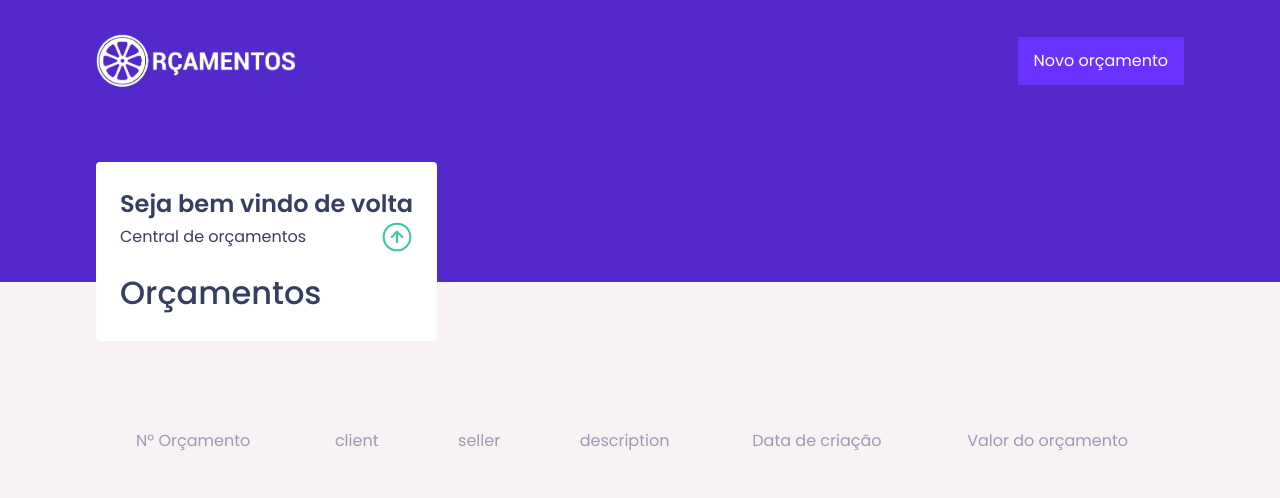
Repository: soualexandre/frentend-botOrcamentos
Page: /
The author's editor kept a copy of each file at every save. The page is drawn from the files as they stood at one save, then again after the next save.
The browser window is 1280 px wide. The pictures show the whole page.
The page's requests for data from a server got no answer. The project was rebuilt for these pictures with package versions that can differ from the ones it lists, and the page was loaded fresh each time. No one was signed in, and anything a server would have sent is missing.

Above is the page before, as saved 2021-07-20 16:38:25.

### public/index.html
<!DOCTYPE html>
<html lang="en">
  <head>
    <link rel="preconnect" href="https://fonts.googleapis.com">
    <link rel="preconnect" href="https://fonts.gstatic.com" crossorigin>
    <meta charset="utf-8" />
    <meta name="viewport" content="width=device-width, initial-scale=1" />
    <link href="https://fonts.googleapis.com/css2?family=Poppins:wght@400;500;600&display=swap" rel="stylesheet">
    <link rel="stylesheet" href="favicon.png" type="image/png">
    <title>DtMoney</title>
  </head>
  <body>
    <noscript>You need to enable JavaScript to run this app.</noscript>
    <div id="root"></div>
  </body>
</html>

### src/App.tsx
import { Dashboard } from './components/Dashboard';
import { Header } from './components/Header';
import { GlobalStyle } from './styles/global';
import { ToastContainer } from 'react-toastify';
import 'react-toastify/dist/ReactToastify.css';
import Modal from 'react-modal'
import { useState } from 'react';
import {NewTransactionModal} from './components/NewTransactionModal'
import { TransacticionsProvider } from './hooks/useTransactions';
Modal.setAppElement('#root');

export function App() {

  const [isNewTransactionModalOpen, setIsNewTransactionModalOpen] = useState(false);

  function hadleOpenNewTransactionModal() {
    setIsNewTransactionModalOpen(true)
  }
  function hadleCloseNewTransactionModal() {
    setIsNewTransactionModalOpen(false)
  }

  return (
    <TransacticionsProvider>
      <ToastContainer />
      <Header onOpenNewTransactionModal={hadleOpenNewTransactionModal}/>
      <Dashboard />
      <NewTransactionModal
      isOpen={isNewTransactionModalOpen}
      onRequestClose={hadleCloseNewTransactionModal}/>
      <GlobalStyle />
    </TransacticionsProvider>
  );
}

### src/components/Dashboard/index.tsx
import { Sumary } from "../Sumary";
import { TransactionsTable } from "../transactionsTable";
import { Container } from "./styles";


export function Dashboard(){
    return(
       <Container>
          <Sumary/>
          <TransactionsTable />
       </Container>
    );
}

### src/components/Header/index.tsx
import LogoImg from '../../assets/logo.png'
import { Container, Content } from './styles'

interface HeaderProps{
    onOpenNewTransactionModal: () => void;
}


export function Header({onOpenNewTransactionModal} :HeaderProps ) {
    return (
        <Container>
            <Content>
                <img src={LogoImg} alt="dtMoney" />
                <button type="button" onClick={onOpenNewTransactionModal}>
                    Novo orçamento
                </button>
            </Content>
        </Container>
    );
}

### src/styles/global.ts
import { createGlobalStyle } from 'styled-components'


export const GlobalStyle = createGlobalStyle`

    :root{
        --background: #f8f2f5;

        --red: #e52e40;
        --blue: #5429cc;
        --green: #33cc95;
        --blue-light: #6933ff;

        --text-title: #363f5f;
        --text-body: #969cb3;

        --shape: #ffffff;

    }

    *{
        margin: 0;
        padding: 0;
        box-sizing: border-box;
    }
    html{
        @media (max-width: 1080px){
            font-size: 93.5%;
        }

    }

    body{
        background: var(--background);
        -webkit-font-smoothing: antialiased;
    }

    body, input, textarea, button{
        font-family: 'Poppins', sans-serif;
        font-weight: 400;
    }

    h1, h2, h3, h4, h5, h6, strong{
        font-weight: 600;
    }

    button{
        cursor: pointer;
    }
    [disable]{
        opacity: 0.6;
        cursor: not-allowed;
    }



    .react-modal-overlay{
        background: rgba(0, 0, 0, 0.3);
        position: fixed;
        top: 0;
        bottom: 0;
        right: 0;
        left: 0;

        display: flex;
        justify-content: center;
        align-items: center;
    }
    .react-modal-content{
        width: 100%;
        max-width: 576px;
        background: var(--background);
        padding: 3rem;
        position: relative;
        border-radius: 0.25rem;
    }
    .react-modal-close{
        position: absolute;
        right: 1.5rem;
        top: 1.5rem;
        border: 0;
        background: transparent;
        transition: filter 0.2s;
        &:hover{
            filter: brightness(0.8);
        }
    }
`;

### src/components/NewTransactionModal/index.tsx
import Modal from 'react-modal'
import { FormEvent, useState } from 'react'
import { Container, TransactionsTypeContainer, RadioBox } from './styles'
import closeImg from '../../assets/close.svg'
import { useTransactions } from '../../hooks/useTransactions';

interface NewTransactionModalProps {
    isOpen: boolean;
    onRequestClose: () => void;
}



export function NewTransactionModal({ isOpen, onRequestClose }: NewTransactionModalProps) {
    const {createTransaction} = useTransactions();

    const [client, setClient] = useState('');
    const [seller, setSeller] = useState('');
    const [description, setDescription] = useState('');
    const [budget_amount, setValueBudget] = useState(0);

     async function handleCreateNewTransaction(event: FormEvent) {
        event.preventDefault();
        await createTransaction({
          client,
          seller,
          description,
          budget_amount,
      })
      setClient('');
      setSeller('');
      setDescription('');
      setValueBudget(0);
      onRequestClose();
    }
    return (
        <Modal
            isOpen={isOpen}
            onRequestClose={onRequestClose}
            overlayClassName="react-modal-overlay"
            className="react-modal-content"
        >
            <button
                type="button"
                onClick={onRequestClose}
                className="react-modal-close">
                <img src={closeImg} alt="fechar modal" />
            </button>

            <Container >
                <h2>Criar orçamento</h2>
                <input
                    placeholder="Cliente"
                    onChange={ (e) => setClient(e.target.value)}
                />

                <input
                    type="text"
                    placeholder="Vendedor"
                    onChange={ (e) => setSeller(e.target.value)}
                />
                <input
                    type="number"
                    placeholder="Valor da orçamento"
                    onChange={ (e) => setValueBudget(Number(e.target.value))}

                />
                <textarea
                placeholder="Descrição do orçamento"
                onChange={ (e) => setDescription(e.target.value)}
                />


                <button type="submit" onClick={handleCreateNewTransaction} >
                    Cadastrar
                </button>


            </Container>

        </Modal>
    );
}

### src/hooks/useTransactions.tsx
import {createContext, useEffect, useState, ReactNode, useContext} from 'react';
import { api } from "../services/api";
import { toast } from 'react-toastify';


interface Transaction {
    id: number;
    client: string;
    seller: string;
    description: string;
    created_at: string;
    budget_amount: number;
}
interface TransactionsContextData{
    transactions: Transaction[];
    createTransaction: (transaction:TransactionInput) => Promise<void>;
    deleteTransaction: (productId: number) => void;
}

type TransactionInput = Omit<Transaction, 'id' | 'created_at'>;

interface TrabsactionsProviderProps{
    children: ReactNode;
}
 const TransactionsContext = createContext<TransactionsContextData>(
    {} as TransactionsContextData
    );


export function TransacticionsProvider({children} : TrabsactionsProviderProps){
    const [transactions, setTransactions] = useState<Transaction[]>([]);


   async function createTransaction(transactionInput: TransactionInput){
      const response = await api.post('/budget/create', {
        ...transactionInput,
    })
    console.log(response.data)
    setTransactions([
        ...transactions,
        response.data
    ])

    }
    async function deleteTransaction(productId: number){
       const response =  await api.delete(`/budget/delete/${productId}`)
        setTransactions(response.data)
        toast.success('Orçamento removido com sucesso');
    }

    useEffect(() => {
        api.get('budget')
            .then(response => setTransactions(response.data))
    },[])

    return (
        <TransactionsContext.Provider value={{transactions, createTransaction, deleteTransaction}}>
            {children}
        </TransactionsContext.Provider>
    );
}

export function useTransactions(){
    const context = useContext(TransactionsContext);
    return context;
}

### src/components/Sumary/index.tsx
import { Container } from './styles'
import iconImg from '../../assets/income.svg'

export function Sumary() {


    return (
        <Container>
            <div>
                    <h2>
                        Seja bem vindo de volta
                    </h2>
                <header>
                    <p>Central de orçamentos</p>
                    <img src={iconImg} alt=" icon" />
                </header>
                <strong>
                    Orçamentos
                </strong>
            </div>
        </Container >
    );
}

### src/components/transactionsTable/index.tsx
import { useTransactions } from "../../hooks/useTransactions";
import { Container } from './styles'
import DeleteImg from '../../assets/delete.svg'

export function TransactionsTable() {
    const { transactions, deleteTransaction } = useTransactions();

    async function handleCreateNewTransaction(id: number) {
        deleteTransaction(id);
    }


    return (
        <Container>
            <table>
                <thead>
                    <tr>
                        <th>Nº Orçamento</th>
                        <th>client</th>
                        <th>seller</th>
                        <th>description</th>
                        <th>Data de criação</th>
                        <th>Valor do orçamento</th>
                    </tr>
                </thead>
                <tbody>
                    {transactions.map(transaction => (
                        <tr key={transaction.id}>
                            <td>{transaction.id}</td>
                            <td>{transaction.client}</td>
                            <td>
                                {transaction.seller}
                            </td>
                            <td >{transaction.description}</td>
                            <td>{
                                new Intl.DateTimeFormat('pt-BR').format(
                                    new Date(transaction.created_at)
                                )}
                            </td>
                            <td>
                                {new Intl.NumberFormat('pt-BR', {
                                    style: 'currency',
                                    currency: 'BRL',
                                }).format(transaction.budget_amount)}
                            </td>
                            <td>

                                <div className="optionsIncons">
                                    <img src={DeleteImg} alt="Deletar orçamento" onClick={() => handleCreateNewTransaction(transaction.id)}></img>
                                </div>
                            </td>
                        </tr>
                    ))}
                </tbody>
            </table>
        </Container>
    );
}

### src/components/Dashboard/styles.ts
import styled from 'styled-components'

export const Container = styled.header`
    max-width: 1120PX;
    margin:0 auto;
    padding: 2.5rem 1rem;



`;

### src/components/Header/styles.ts
import styled from 'styled-components'

export const Container = styled.header`
    background: var(--blue);

`;
export const Content = styled.header`
    background: var(--blue);
    max-width: 1120px;
    margin: 0 auto;
    padding: 2rem 1rem 12rem;

    display: flex;
    align-items: center;
    justify-content: space-between;
    button{
        font-size: 1rem;
        color: #fff;
        background: var(--blue-light);
        border: 0;
        padding:0.2rem;
        padding-left: 1rem;
        padding-right: 1rem;
        height: 3rem;

        transition: filter 0.2s;
        &:hover{
            filter: brightness(0.9);
        }

    }
    img{
        width: 200px;
    }
`;

### src/components/NewTransactionModal/styles.ts
import styled from 'styled-components'
import { darken, transparentize } from 'polished';

export const Container = styled.form`
        h2{
            color: var(--text-title);
            font-size: 1.5rem;
            margin-bottom: 2rem;
        }

        input{
            width: 100%;
            padding: 0 1.5rem;
            height: 4rem;
            border-radius: 0.25rem;
            border: 1px solid #d7d7d7;
            background: #e7e9ee;
            font-weight: 400;
            font-size: 1rem;

            &::placeholder{
                color: vat(--text-body);

            }
            & + input {
                margin-top: 1rem;
            }
        }
        textarea{
            width: 100%;
            padding: 1rem 1.5rem;
            height: 8rem;
            border-radius: 0.25rem;
            border: 1px solid #d7d7d7;
            background: #e7e9ee;
            font-weight: 400;
            font-size: 1rem;
            margin-top: 1rem;
        }
        button[type="submit"]{
            width: 100%;
            padding: 0 1.3rem;
            height: 4rem;
            background: var(--green);
            color: #fff;
            border-radius: 0.25rem;
            border: 0;
            font-size: 1rem;
            margin-top: 1.5rem;
            font-weight: 600;
            transition: filter 0.2s;
            &:hover{
                filter: brightness(0.9)
            }
        }


`;

export const TransactionsTypeContainer = styled.div`

        margin: 1rem 0;
        display: grid;
        grid-template-columns: 1fr 1fr;
        gap: 0.5rem;


`;

interface RadioBoxProps{
    isActive: boolean;
    activeColor: 'green' | 'red';
}
const colors ={
    green: '#33cc95',
    red: '#e52e40',
}

export const RadioBox = styled.button<RadioBoxProps>`
    height: 4rem;
            border: 1px solid #d2d2d2;
            border-radius: 0.25rem;

            background: ${(props) => props.isActive
            ? transparentize(0.9, colors[props.activeColor])
            : 'transparent'
            };


            display: flex;
            align-items: center;
            justify-content:center;
            transition: border-color 0.2s;

            &:hover{
                border-color: ${darken(0.2, '#000')};
            }

            img{
                height: 20px;
                width: 20px;
            }
            span{
                display: inline-block;
                margin: 1rem;
                font-size: 1rem;
                color: var(--text-title);
            }
`;

### src/services/api.ts
import axios from 'axios';

export const api = axios.create({
    baseURL: 'http://localhost:8000/api',
})

### src/components/Sumary/styles.ts
import styled from 'styled-components'


export const Container = styled.div`
    display: grid;
    grid-template-columns: repeat(3,1fr);
    gap: 2rem;
    margin-top: -10rem;

div{
    background: var(--shape);
    padding: 1.5rem;
    border-radius: 0.25rem;
    color: var(--text-title);

    &.highlightBackground{
        background: #33cc95;
        color: #fff;
    }
    header{
        display: flex;
        align-items: center;
        justify-content: space-between;
    }

    strong{
        display: block;
        margin-top: 1rem;
        font-size: 2rem;
        line-height: 3rem;
        font-weight: 500;
    }

}
`;

### src/components/transactionsTable/styles.ts
import styled from 'styled-components';


export const Container = styled.div`
    margin-top: 4rem;

    table{
        width: 100%;
        border-spacing: 0.5rem;

        th{
            color: var(--text-body);
            font-weight: 400;
            padding: 1rem 2rem;
            text-align: left;
            line-height: 1.5rem;
        }

        td{
            padding: 1rem 2rem;
            border: 0;
            background: var(--shape);
            color: var(--text-body);
            border-radius: 0.25rem;
            &.first-child{
                color: var(--text-title);
            }

            &.deposit{
                color: var(--green)
            }
            &.withdraw{
                color: var(--red)
            }
        }
    }
`;

Loaded but not shown: src/index.tsx (common file)

After the next save:
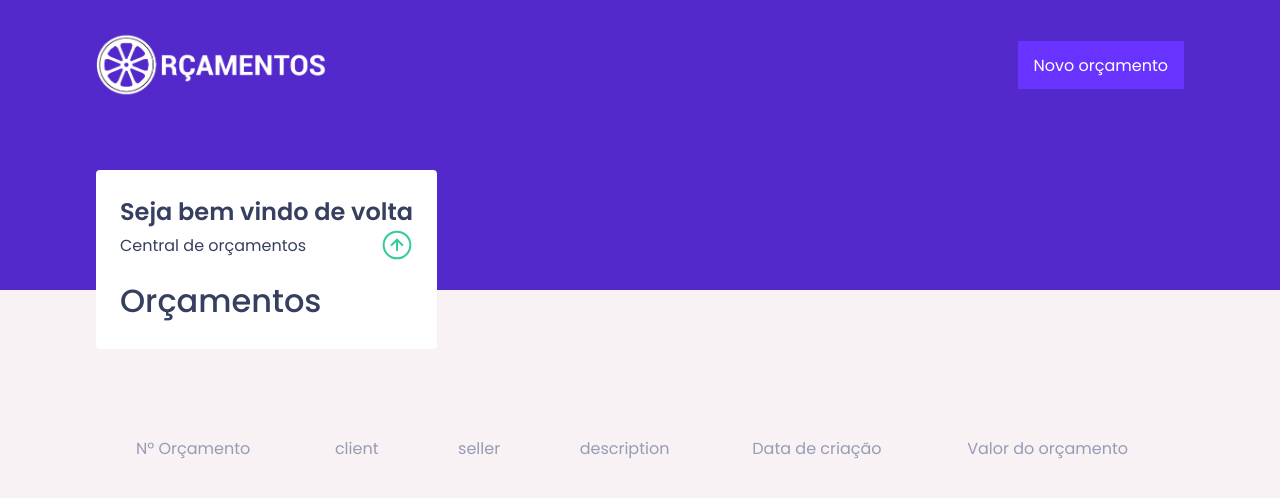
Saved 3 min 3 s later.
--- a/src/components/Header/styles.ts
+++ b/src/components/Header/styles.ts
@@ -30,6 +30,6 @@
 
     }
     img{
-        width: 200px;
+        width: 230px;
     }
 `;
